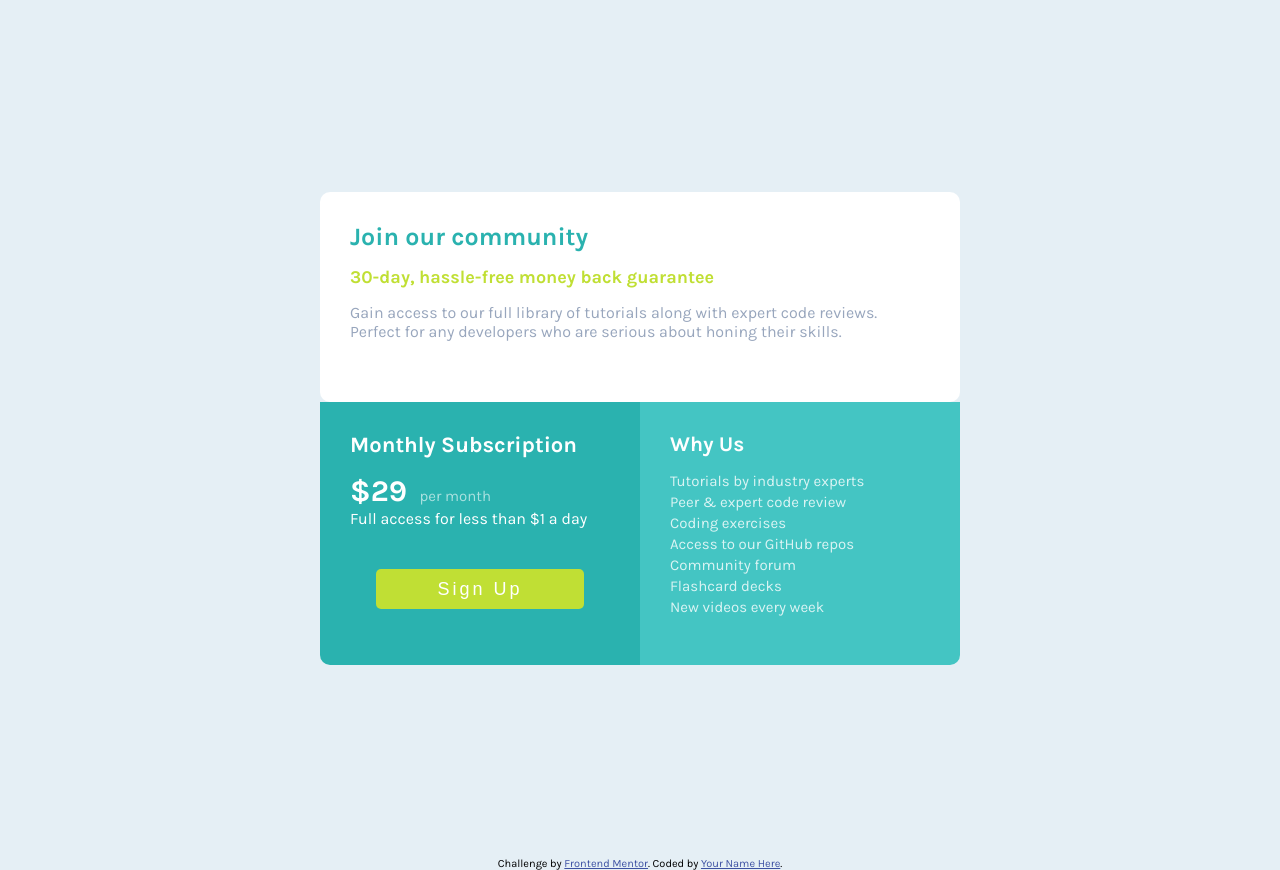
Repository: Pedrohamoura-Git/Frontend-Mentor-Challenges
Page: Newbie/single-price-grid-component-master/index.html
These files come from the project's save history. The page is drawn as it stood at one moment and after the next save; the edit follows.
The browser window is 1280 px wide. The pictures show the whole page.

Above is the page before, as saved 2021-05-31 15:55:47.

After the next save:
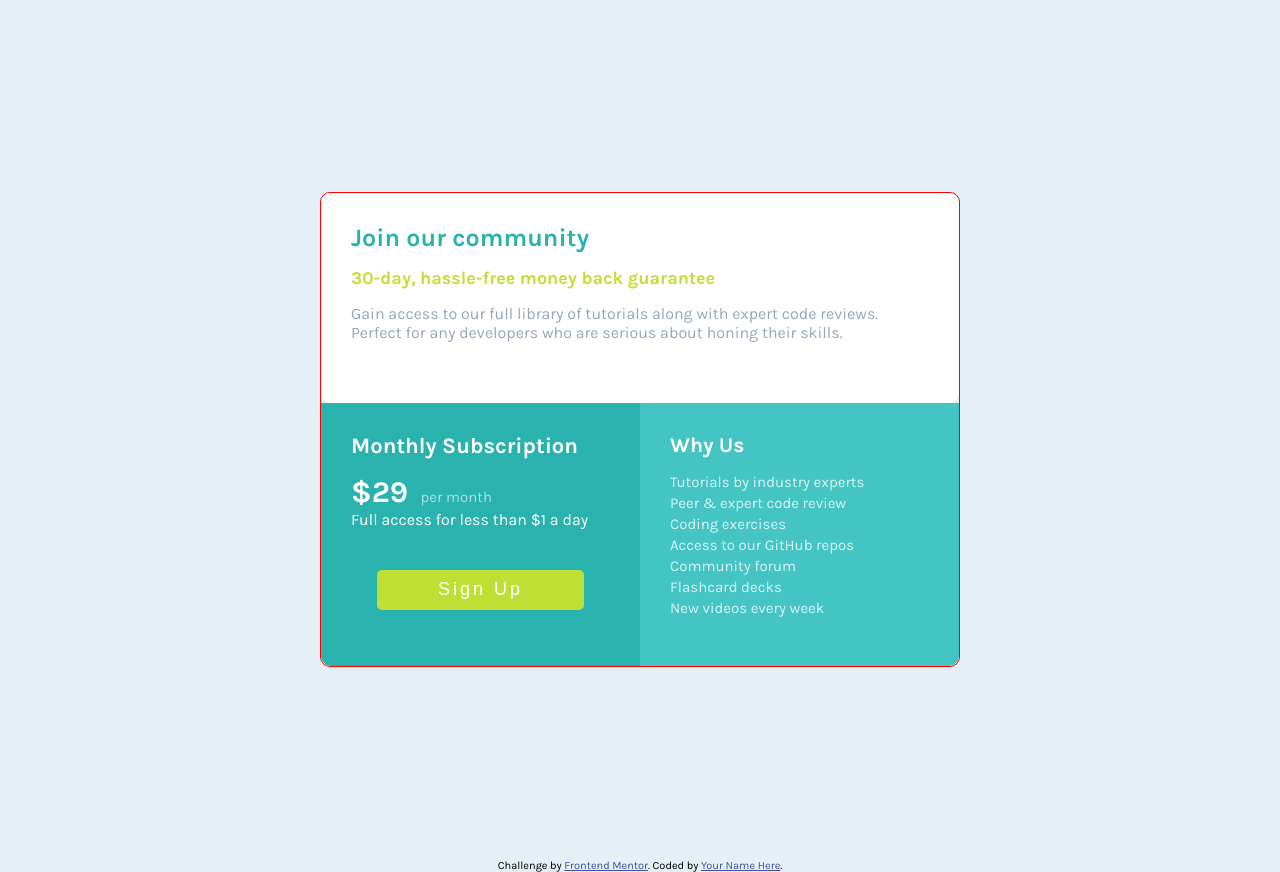
Saved 6 s later.
--- a/Newbie/single-price-grid-component-master/css/style.css
+++ b/Newbie/single-price-grid-component-master/css/style.css
@@ -30,7 +30,7 @@
         margin: 15% auto;
         width: 90%;
 
-        /* border: 1px solid red; */
+        border: 1px solid red;
     }
 
     #card1, #card2, #card3 {

After the save that followed:
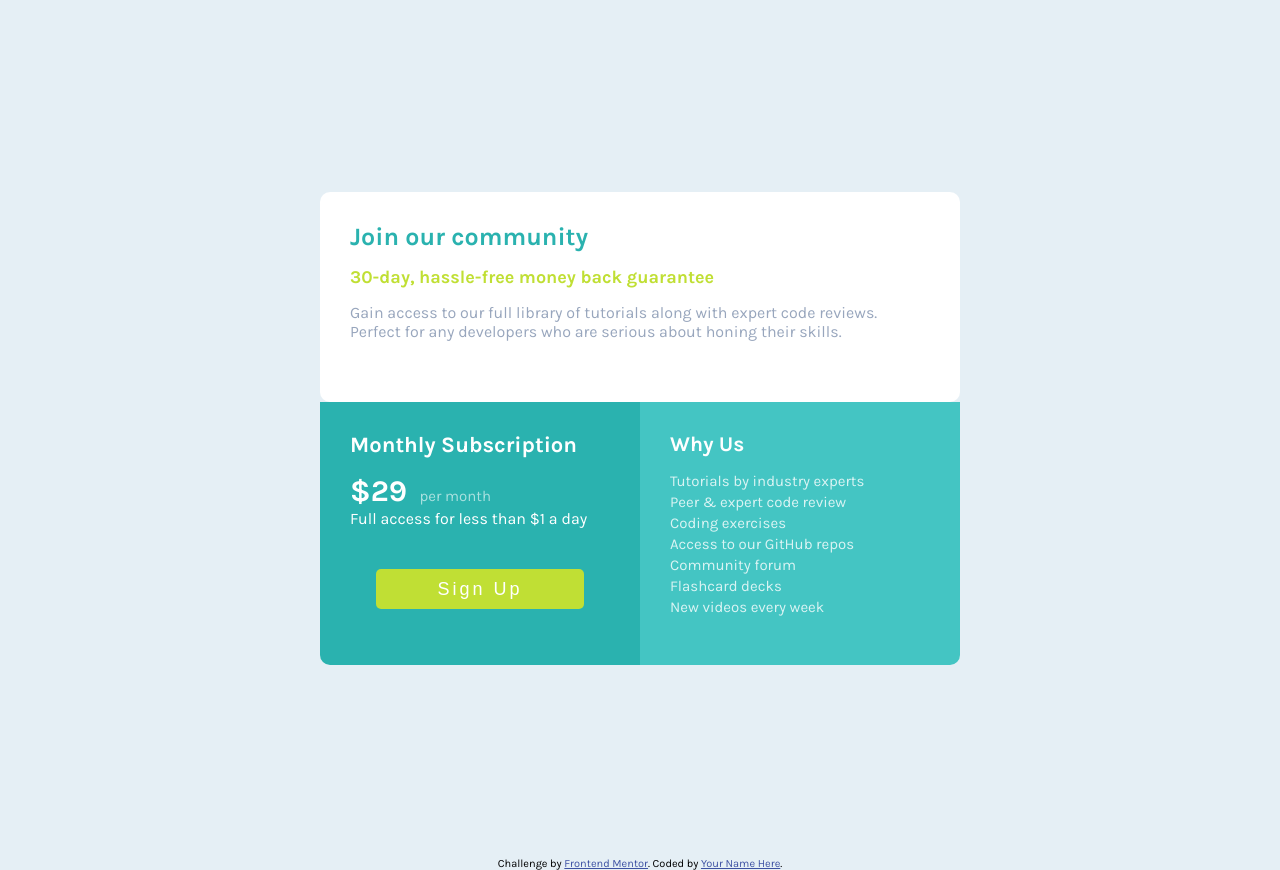
Saved 2 s later.
--- a/Newbie/single-price-grid-component-master/css/style.css
+++ b/Newbie/single-price-grid-component-master/css/style.css
@@ -30,7 +30,7 @@
         margin: 15% auto;
         width: 90%;
 
-        border: 1px solid red;
+        /* border: 1px solid red; */
     }
 
     #card1, #card2, #card3 {
